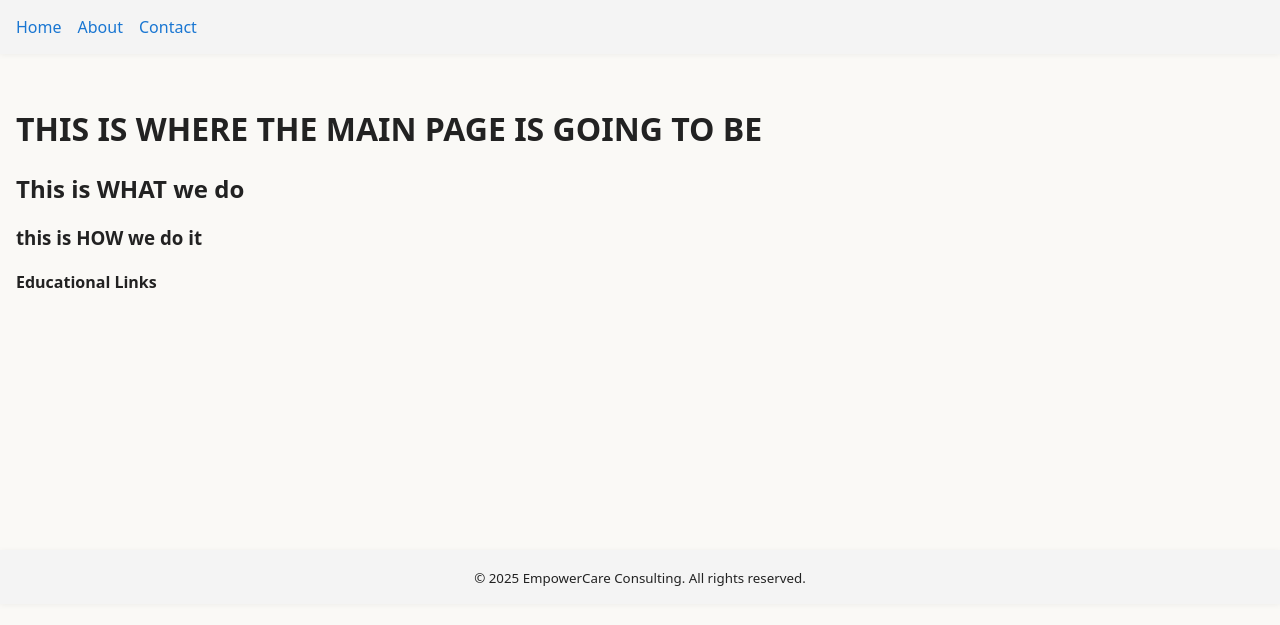
Repository: mcamarco/empowercare
Page: /
These files come from the project's save history. The page is drawn as it stood at one moment and after the next save; the edit follows.
The browser window is 1280 px wide. The pictures show the whole page.
The project was rebuilt for these pictures with package versions that can differ from the ones it lists, and the page was loaded fresh each time. The framework's server and built-in components were replaced by stand-ins that run in the browser. Also part of the build but not shown: next.config.ts.

Above is the page before, as saved 2025-05-16 15:36:11.

### src/app/layout.tsx
import Link from "next/link";
import "./globals.css";

export const metadata = {
  title: "EmpowerCare Consulting",
  description: "Consulting and education services",
};

export default function RootLayout({ children }: { children: React.ReactNode }) {
  return (
    <html lang="en">
      <body>
        <header style={{ padding: "1rem", background: "#f4f4f4" }}>
          <nav>
            <Link href="/" style={{ marginRight: "1rem" }}>Home</Link>
            <Link href="/about" style={{ marginRight: "1rem" }}>About</Link>
            <Link href="/contact">Contact</Link>
          </nav>
        </header>
        <main style={{ minHeight: "60vh", padding: "2rem 1rem" }}>
          {children}
        </main>
        <footer style={{ padding: "1rem", background: "#f4f4f4", textAlign: "center" }}>
          <small>&copy; {new Date().getFullYear()} EmpowerCare Consulting. All rights reserved.</small>
        </footer>
      </body>
    </html>
  );
}

### src/app/page.tsx
export default function Home() {
  return (
    <main>
      <h1>THIS IS WHERE THE MAIN PAGE IS GOING TO BE </h1>
      <h2> This is WHAT we do </h2>
      <h3> this is HOW we do it</h3>
      <h4> Educational Links </h4>
    </main>
  );
}

### src/app/globals.css
body {
  margin: 0;
  font-family: system-ui, sans-serif;
  background: #faf9f6;
  color: #222;
}

a {
  text-decoration: none;
  color: #1976d2;
}

a:hover {
  text-decoration: underline;
}

header, footer {
  box-shadow: 0 1px 6px rgba(0,0,0,0.05);
}

After the next save:
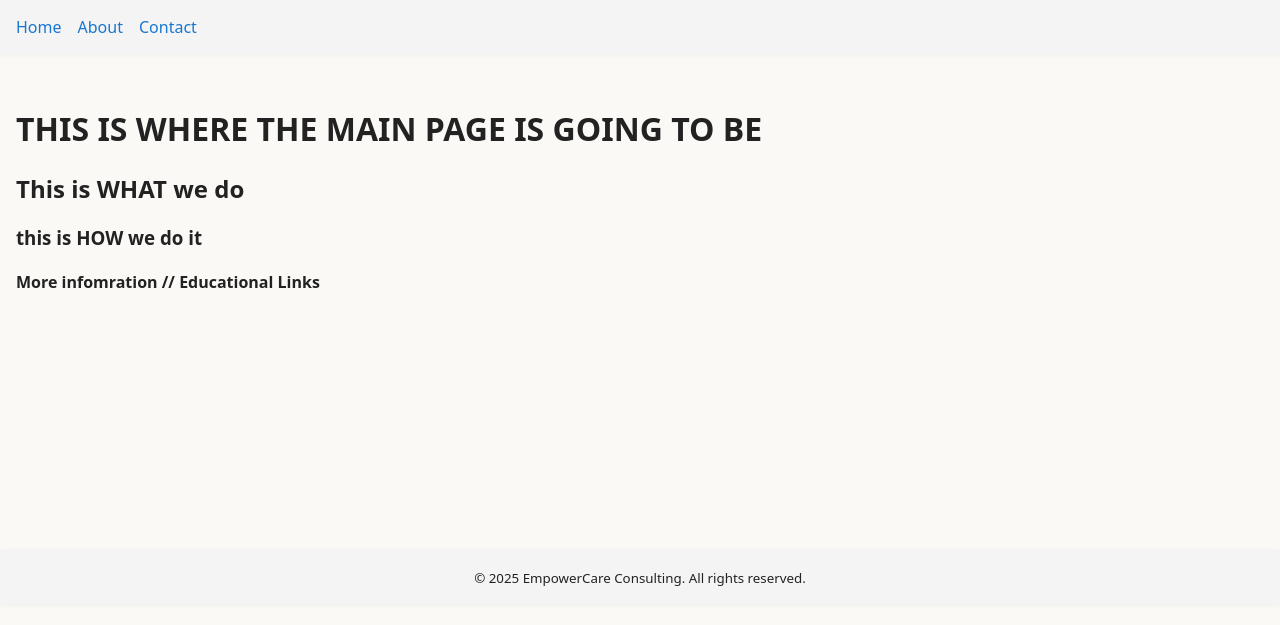
Saved 6 s later.
--- a/src/app/page.tsx
+++ b/src/app/page.tsx
@@ -4,7 +4,7 @@ export default function Home() {
       <h1>THIS IS WHERE THE MAIN PAGE IS GOING TO BE </h1>
       <h2> This is WHAT we do </h2>
       <h3> this is HOW we do it</h3>
-      <h4> Educational Links </h4>
+      <h4> More infomration // Educational Links </h4>
     </main>
   );
 }
